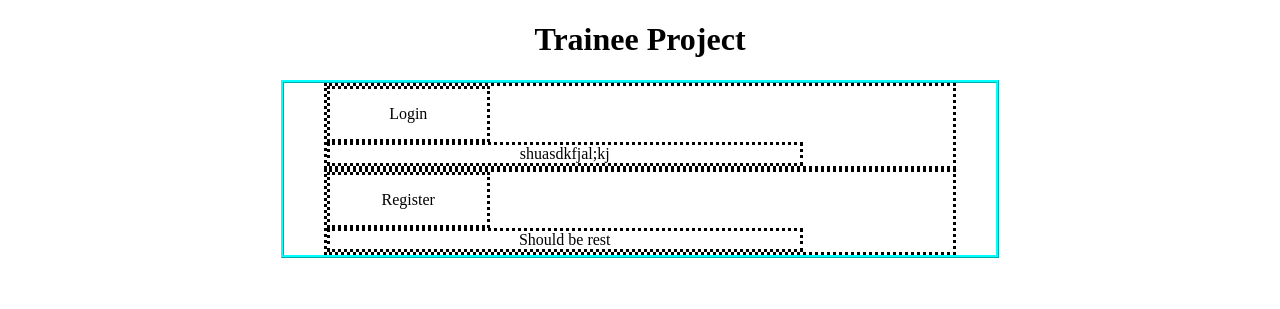
Repository: LsCodeMaster/Training
Page: Trainee/WebContent/trainee.html
The author's editor kept a copy of each file at every save. The page is drawn from the files as they stood at one save, then again after the next save.
The browser window is 1280 px wide. The pictures show the whole page.

Above is the page before, as saved 2015-09-15 10:24:22.

### Trainee/WebContent/trainee.html
<!DOCTYPE html>
<html>
<head>
<meta charset="ISO-8859-1">
<title>Trainee Project</title>
<link type = "text/css" href="css/style.css" rel="stylesheet">
</head>
<body>
	<h1>Trainee Project</h1>
	<div class="centeredBox">
		<div>
			<div class="loginType">
				<p>Login</p>
			</div>
			<div class="loginInfo">
				shuasdkfjal;kj
			</div>
		</div>
		<div>
			<div class="loginType">
				<p>Register</p>
			</div>
			<div class="loginInfo">
				Should be rest
			</div>
		</div>
	</div>
</body>
</html>

### Trainee/WebContent/css/style.css
.centeredBox{
    margin: auto;
	border-style: ridge;
	border-color: aqua;
	width: 50%;
	padding: 40 px;
	padding-left: 40px;
	padding-right: 40px;
}
.centeredBox div{
	border-style: dotted;
	text-align: center;
}
.loginType{
	width: 25%;
}
.loginInfo{
	width:75%;
}
h1{
    text-align: center;
}
.border{
	border-style: dotted;
}

After the next save:
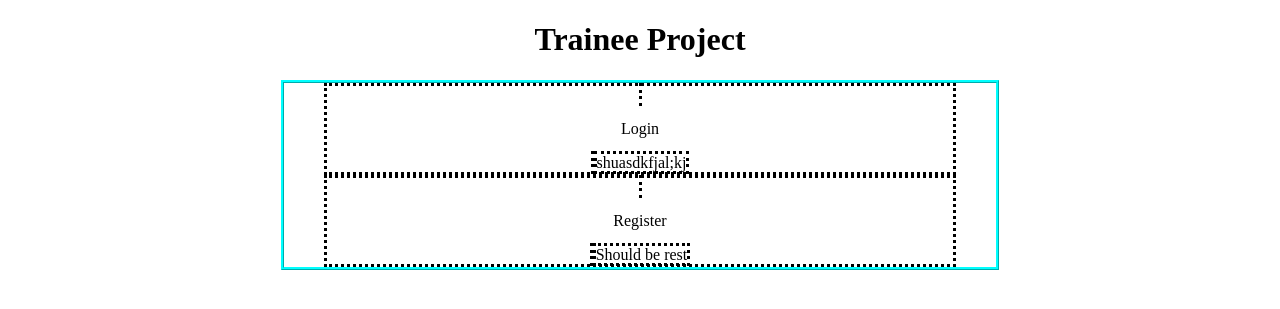
Saved 91 s later.
--- a/Trainee/WebContent/css/style.css
+++ b/Trainee/WebContent/css/style.css
@@ -12,9 +12,11 @@
 	text-align: center;
 }
 .loginType{
+	display: inline;
 	width: 25%;
 }
 .loginInfo{
+	display:inline;
 	width:75%;
 }
 h1{

After the save that followed:
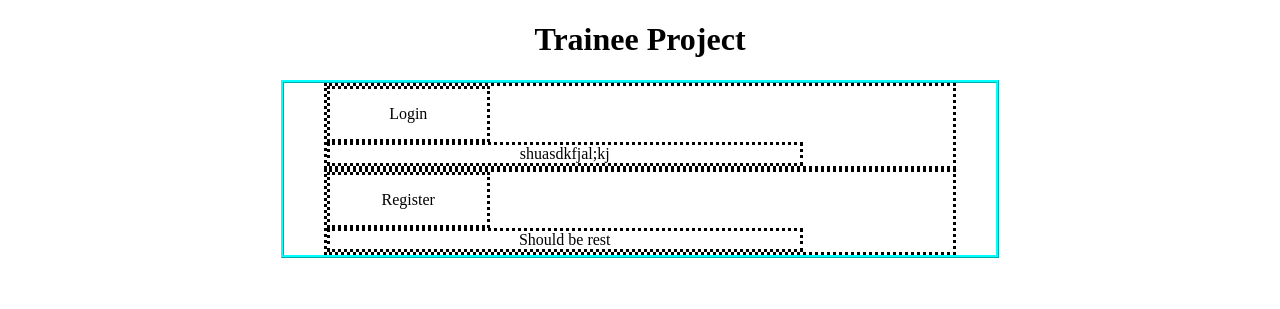
Saved 16 s later.
--- a/Trainee/WebContent/css/style.css
+++ b/Trainee/WebContent/css/style.css
@@ -12,11 +12,9 @@
 	text-align: center;
 }
 .loginType{
-	display: inline;
 	width: 25%;
 }
 .loginInfo{
-	display:inline;
 	width:75%;
 }
 h1{
